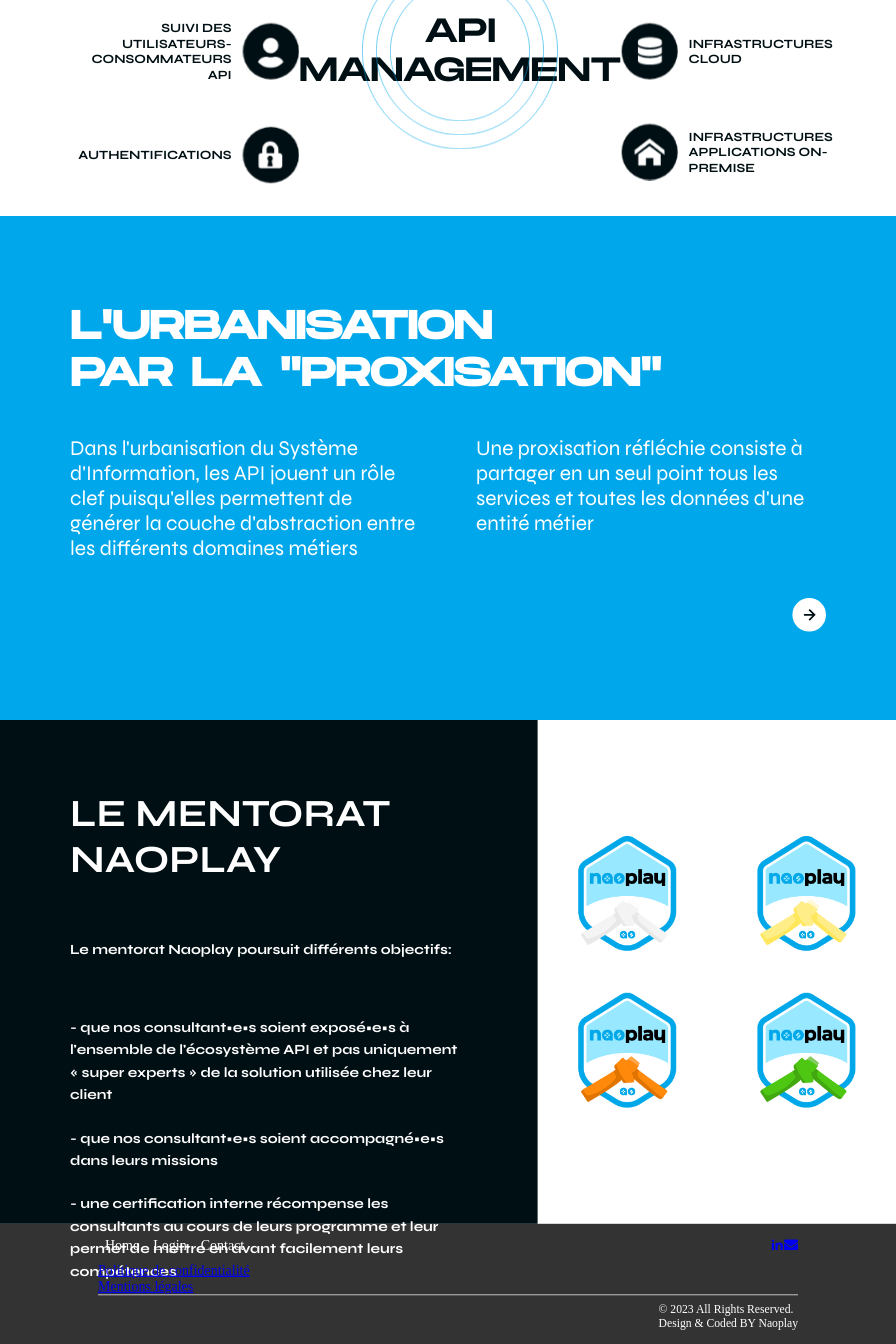
Repository: Hindsedrati/Naoplay
Page: /
The author's editor kept a copy of each file at every save. The page is drawn from the files as they stood at one save, then again after the next save.
The browser window is 1280 px wide. The pictures show the part of the page from y = 4346 to 6266 px (the page is 6266 px tall), at 70% of full size.
The project was rebuilt for these pictures with package versions that can differ from the ones it lists, and the page was loaded fresh each time. Also part of the build but not shown: src/Pages/Contact/index.jsx, src/Pages/Login/index.jsx, src/Pages/Error403/index.jsx, src/Pages/Error404/index.jsx.

Above is the page before, as saved 2023-05-09 12:14:52.

### public/index.html
<!DOCTYPE html>
<html lang="en">
  <head>
    <meta charset="utf-8" />
    <link href="https://fonts.googleapis.com/css2?family=Syne:wght@600;700&display=swap" rel="stylesheet">
    <link rel="apple-touch-icon" sizes="180x180" href="./favicons/apple-touch-icon.png">
    <link rel="icon" type="image/png" sizes="32x32" href="./favicons/favicon-32x32.png">
    <link rel="icon" type="image/png" sizes="16x16" href="./favicons/favicon-16x16.png">
    <link rel="manifest" href="./favicons/site.webmanifest">
    <link rel="mask-icon" href="./favicons/safari-pinned-tab.svg" color="#5bbad5">
    <meta name="viewport" content="width=device-width, initial-scale=1" />
    <meta name="theme-color" content="#000000" />
    <meta
      name="description"
      content="Web site created using create-react-app"
    />
    <link rel="apple-touch-icon" href="%PUBLIC_URL%/logo192.png" />
    <!--
      manifest.json provides metadata used when your web app is installed on a
      user's mobile device or desktop. See https://developers.google.com/web/fundamentals/web-app-manifest/
    -->
    <link rel="manifest" href="%PUBLIC_URL%/manifest.json" />
    <!--
      Notice the use of %PUBLIC_URL% in the tags above.
      It will be replaced with the URL of the `public` folder during the build.
      Only files inside the `public` folder can be referenced from the HTML.

      Unlike "/favicon.ico" or "favicon.ico", "%PUBLIC_URL%/favicon.ico" will
      work correctly both with client-side routing and a non-root public URL.
      Learn how to configure a non-root public URL by running `npm run build`.
    -->
    <title>NAOPLAY</title>
  </head>
  <body>
    <noscript>You need to enable JavaScript to run this app.</noscript>
    <div id="root"></div>
    <!--
      This HTML file is a template.
      If you open it directly in the browser, you will see an empty page.

      You can add webfonts, meta tags, or analytics to this file.
      The build step will place the bundled scripts into the <body> tag.

      To begin the development, run `npm start` or `yarn start`.
      To create a production bundle, use `npm run build` or `yarn build`.
    -->
  </body>
</html>

### src/style.scss
* {
    margin: 0;
    padding: 0;
    box-sizing: border-box;
}

.app-container {
    width: 100%;
    max-width: 100%;
    margin-left: auto;
    margin-right: auto;
}

.main-container {
    width: 100%;
    overflow-x: hidden;
}

@media screen and (min-width: 769px) and (max-width: 1900px) {
    .main-container {
        padding: 70px 80px 20px 80px;
    }
}
@media screen and (min-width: 1901px) {
    .main-container {
        padding: 150px 80px 20px 80px;
    }
}
@media screen and (max-width: 768px) {
    .main-container {
        padding: 1rem;
    }
}

### src/Pages/Home/Index.jsx
import './Home.scss';
import Const from '../../Components/Const/index'
import Naoplay from '../../Components/Naoplay/index'
import Partners from '../../Components/Partners/index'
import Api from '../../Components/Api/index'
import Digitalisation from '../../Components/Digitalisation/index';
import Gateway from '../../Components/Gateway/index';
import Management from '../../Components/Management/index';
import ApiManagement from '../../Components/ApiManagement/index';
import Proxisation from '../../Components/Proxisation/index';
import Mentorat from '../../Components/Mentorat/index';

function Home() {
  return (
    <main>
      <Const />
      <Naoplay />
      <Partners />
      <Api />
      <Digitalisation />
      <Gateway />
      <Management />
      <ApiManagement />
      <Proxisation />
      <Mentorat />
    </main>
  );
}

export default Home;

### src/Layouts/Footer/Index.jsx
import './footer.scss';
import { RiLinkedinFill } from "react-icons/ri";
import { FaEnvelope } from "react-icons/fa";


function Footer() {
    return (

    <footer >

    <div class="footer-content">
        <div class="footer-section links">
            <a href="/">Home</a>
            <a href="/">Login</a>
            <a href="/">Contact</a>
        </div>

    <div className="footer__icons">

        <a className="footer__icons" href="https://www.linkedin.com/company/naoplay/" target="_blank" rel="noreferrer">
        <RiLinkedinFill />
        </a>
        <a className="footer__icons" href="mailto:contact@naoplay.fr/" target="_blank" rel="noreferrer">
        <FaEnvelope />
        </a>
    </div>
    </div>
    <div>
        <div className='footer-mentions'>
            <a href='/'>Politique de confidentialité</a>
            <a href='/'>Mentions légales</a>
        </div>

    <div class="footer-bottom">
    <small>&copy; 2023 All Rights Reserved. </small>
    <small>Design & Coded BY Naoplay </small>

    </div>
    </div>
    </footer>

    )
}

export default Footer

### src/Pages/Home/Home.scss
body{
    box-sizing: border-box;
    overflow-x: hidden;
}

### src/Components/Const/index.jsx
import React from 'react'
import './const.scss'

function Const() {
  return (
    <section id='apropos' className='home'>
      <div className="main-container">
        <h1>CONSTRUISONS VOTRE AVENIR,<br />ENSEMBLE</h1>
        <h2>Société de conseil en technologies d'intégration de services, NAOPLAY intervient sur des projets aussi variés que le choix d'une plateforme d'intégration de services ou son intégration, le développement et le support d'un portail développeurs API, la sécurisation des microservices ou encore le move to cloud.</h2>
      </div>
    </section>
  )
};

export default Const

### src/Components/Partners/index.jsx
import React from 'react';
import './partners.scss';
import Gravitee from '../../assets/gravitoo.png';
import Salt from '../../assets/salt.png';
import Wib from '../../assets/wib.png';
import GSP from '../../assets/GSP.png';
import Apiida from '../../assets/apiida.png';
import Traefiklab from '../../assets/traefiklabs.png';
import Aws from '../../assets/aws.png';
import Microsoft from '../../assets/microsoft.png';
import Kong from '../../assets/kong.png';
import Apiable from '../../assets/apiable.png';
import Postman from '../../assets/postman.png';
import Softwareag from '../../assets/softwareag.png';



function Partners() {
  return (
    <section id='partenaires' className='partners'>

      <div className='partners__content'>
        <h3>Environnements techniques et partenaires</h3>
      </div>

      <div className='partners__image'>

        <div className='partners__icons'>
          <img src={GSP} alt='GSP'></img>
          <img src={Aws} alt='aws'></img>
          <img src={Microsoft} alt='microsoft'></img>
          <img src={Postman} alt='postman'></img>
          <img src={Gravitee} alt='gravitoo'></img>
          <img src={Kong} alt='Kong'></img>
          <img src={Softwareag} alt='SWG'></img>
          <img src={Apiable} alt='APB'></img>
          <img src={Apiida} alt='apiida'></img>
          <img src={Salt} alt='salt'></img>
          <img src={Wib} alt='wib'></img>
          <img src={Traefiklab} alt='traefiklab'></img>

        </div>

      </div>

    </section>
  )
}

export default Partners

### src/Components/Digitalisation/index.jsx
import React from 'react'
import './digital.scss'

const Digitalisation = () => {
  return (
    <section id='digital' className='digital'>
      <div className='digital__content'>
        <h1 className='digital__title'>API &<br /> Digitalisation</h1>
      </div>
    </section>

  )
}

export default Digitalisation

### src/Components/Gateway/index.jsx
import React from 'react'
import './gateway.scss'

function Gateway () {
  return (
    <section  className='Gateway'>

            <article className='partone article1 Gateway__content'>
                <div className='Gateway__content__child'>
                    <p >SÉCURITÉ RÉSEAU</p>
                    <p>POLICES DE SÉCURITÉ </p>
                    <p>AUTHENTIFICATION</p>
                    <p>AUTORISATIONS</p>
                    <p>ANNUAIRES</p>

                </div>
            </article>
            <article className='article2'>

                <div className='parttwo Gateway__content__child'>
                    <p className='G1'>INFRASTRUCTURES CLOUD</p>
                    <p className='G2'>SERVICES SAAS/PAAS</p>

                    <p className='G3'>INTERNET</p>
                    <h1 className='Gateway__title'>API <br/> GATEWAY </h1>
                    <p className='G4'>UTILISATEURS INTERNES</p>
                    <p className='G5'> INFRASTRUCTURES ON-PREMISE</p>
                </div>
            </article>
        </section>
    )
}

export default Gateway

### src/Components/Management/index.jsx
import React, { useState } from 'react';
import './management.scss';
import ApiManagement from '../../Components/ApiManagement/index';
import { BiRightArrowAlt, BiLeftArrowAlt } from 'react-icons/bi';

function Management() {
  const [arrowDirection, setArrowDirection] = useState('right');

  return (
    <section id="management" className='management'>

      <h1 className='management__title'>
        API<br /> MANAGEMENT
      </h1>

      <div className='management__content'>

        <article id='p5' className='management__content__child'>
          {arrowDirection === 'right' ? (
            <button className="arrow_1" onClick={() => setArrowDirection(arrowDirection === 'right' ? 'left' : 'right')}>
              <BiRightArrowAlt />
            </button>
          ) : (
            <button className="arrow_1" onClick={() => setArrowDirection(arrowDirection === 'left' ? 'right' : 'left')}>
              <BiLeftArrowAlt />
            </button>
          )}
          <p>L'API Management est la tour de contrôle au-dessus de vos API Gateways</p>
          <p>C'est là où sont gérés les utilisateurs, les facturations et les données d'utilisation des services "APIsés".</p>
        </article>

        <article id='p6' className='management__content__child'>
          {arrowDirection === 'right' ? (
            <button className="arrow_2" onClick={() => setArrowDirection(arrowDirection === 'right' ? 'left' : 'right')}>
              <BiRightArrowAlt />
            </button>
          ) : (
            <button className="arrow_2" onClick={() => setArrowDirection(arrowDirection === 'left' ? 'right' : 'left')}>
              <BiLeftArrowAlt />
            </button>
          )}
          <p>Il offre également une sécurité accrue pour partager vos données et fonctionnalités en toute confiance avec des partenaires et des développeurs tiers.</p>
          <p>Faites passer votre entreprise à l'étape suivante avec l'API management.</p>
        </article>

      </div>


      <ApiManagement />
    </section>
  )
}




export default Management;

### src/Components/ApiManagement/index.jsx
import React from 'react'
import './api_m.scss'
import panier from '../../assets/panier.png'
import user from '../../assets/user.png'
import cadena from '../../assets/cadena.png'
import cloud from '../../assets/cloud.webp'
import bdd from '../../assets/bdd.webp'
import maison from '../../assets/maison.png'
function api__management() {
  /*const isMobile = window.matchMedia("(max-width: 768px)").matches;

  if (isMobile) {
    return null; // Si l'appareil est un mobile, on retourne null pour ne rien afficher
  }*/

  return (
    <div className='api__management'>

      <div className='api__management__left'>

        <a className='api__management__link' href='/'>
          <span>MONÉTISATION</span>
          <div className='api__management__logo'>
            <img src={panier} alt='panier' />
          </div>
        </a>

        <a className='api__management__link' href='/'>
          <span>SUIVI DES UTILISATEURS-CONSOMMATEURS API</span>
          <div className='api__management__logo'>
            <img src={user} alt='user' />
          </div>
        </a>

        <a className='api__management__link' href='/'>
          <span>AUTHENTIFICATIONS</span>
          <div className='api__management__logo'>
            <img src={cadena} alt='cadena' />
          </div>
        </a>

      </div>

      <div className='api__management__center'>
        <h2 className='api__management__title'> API <br /> MANAGEMENT</h2>
        <div className='cercle'></div>
        <div className='cercle1'></div>
        <div className='cercle2'></div>
      </div>


      <div className='api__management__right'>

        <a className=' api__management__link' href='/'>
          <div className='api__management__logo'>
            <img src={cloud} alt='PLATEFORMES CLOUD' />
          </div>
          <span>SERVICES & PLATEFORMES CLOUD</span>
        </a>

        <a className='api__management__link' href='/'>
          <div className='api__management__logo'>
            <img src={bdd} alt='cloud' />
          </div>
          <span>INFRASTRUCTURES CLOUD</span>
        </a>

        <a className='api__management__link' href='/'>
          <div className='api__management__logo'>
            <img src={maison} alt='application' />
          </div>
          <span>INFRASTRUCTURES APPLICATIONS ON-PREMISE</span>
        </a>

      </div>

    </div>

  );
}

export default api__management

### src/Components/Proxisation/index.jsx
import React from 'react'
import './proxi.scss'
import diagramme from '../../assets/diagramme.jpg'
import { BiRightArrowAlt } from 'react-icons/bi';
import { BiLeftArrowAlt } from 'react-icons/bi';

function Proxisation() {

  const openDiagramme = () => {
    let diagramme = document.getElementById('diagramme')
    diagramme.classList.remove("closed")
    diagramme.classList.add("opened")
  };

  const closeDiagramme = () => {
    let diagramme = document.getElementById('diagramme')
    diagramme.classList.remove("opened")
    diagramme.classList.add("closed")
  };

  return (
    <section id="proxi" className='proxi'>
      <h2 className='proxi__title'>L'URBANISATION<br /> PAR LA "PROXISATION"</h2>

      <div className='proxi__content'>
        <p className='proxi__txt'>Dans l'urbanisation du Système d'Information, les API jouent un rôle clef puisqu'elles permettent de générer la couche d'abstraction entre les différents domaines métiers</p>
        <p className='proxi__txt'>Une proxisation réfléchie consiste à partager en un seul point tous les services et toutes les données d'une entité métier</p>
      </div>

      <div className="proxi__button">
        <button className="arrow_button button__next" onClick={openDiagramme}><BiRightArrowAlt /></button>
      </div>

      <div id='diagramme' className="proxi__diagramme closed">
        <button className="arrow_button button__prev" onClick={closeDiagramme}><BiLeftArrowAlt /></button>
        <img src={diagramme} alt="diagramme" />
      </div>

    </section>
  )
}

export default Proxisation

### src/Components/Mentorat/index.jsx
import React from 'react'
import './mentorat.scss'
import blanc from '../../assets/blanc.webp';
import jaune from '../../assets/jaune.webp';
import orange from '../../assets/orange.webp';
import vert from '../../assets/vert.webp';

function Mentorat() {
    return (

        <section id='mentorat' className='mentorat'>

            <div className='first'>
                <h2 className='mentorat__title__mobile'>LE MENTORAT NAOPLAY</h2>

                <div className='first__content__child'>
                    <img src={blanc} alt='blanc' />
                    <img src={jaune} alt='jaune' />
                    <img src={orange} alt='orange' />
                    <img src={vert} alt='vert' />
                </div>
            </div>

            <article className='second'>
                <div className='second__content__child'>
                    <h2>LE MENTORAT NAOPLAY</h2>
                    <h3>Le mentorat Naoplay poursuit différents objectifs:</h3>
                    <p>- que nos consultant•e•s soient exposé•e•s à l'ensemble de l'écosystème API et pas uniquement « super experts » de la solution utilisée chez leur client </p>
                    <p>- que nos consultant•e•s soient accompagné•e•s dans leurs missions</p>
                    <p>- une certification interne récompense les consultants au cours de leurs programme et leur permet de mettre en avant facilement leurs compétences</p>
                </div>
            </article>

        </section>
    )
}

export default Mentorat

### src/Layouts/Footer/footer.scss
@import '../../Sass/variables.scss';


footer {
    background-color: #333;
    color: #fff;
    padding: 20px 0;
  }

  .footer-content {
    font-size: 20px;
    display: flex;
    justify-content: space-between;
    max-width: 1000px;
    margin: 0 auto;
  }

  .footer-section {
    display: flex;
  }

  .links a,
  .social a {
    color: #fff;
    text-decoration: none;
    padding: 0 10px;
  }

  .links a:hover,
  .social a:hover {
    text-decoration: underline;
  }

  .social i {
    font-size: 24px;
    margin-left: 10px;
  }

  .footer-bottom {
    display: grid;
    justify-content: flex-end;
    max-width: 1000px;
    margin: 0 auto;
    font-size: 20px;
    border-top: 1px solid #fff;
    padding-top: 10px;
  }
  .footer-mentions{
    display: grid;
    justify-content: flex-start;
    text-decoration: none;
    max-width: 1000px;
    margin: 0 auto;
    font-size: 20px;

    padding-top: 10px;
  }
  .footer__mentions-wrapper {
    display: flex;
    flex-direction: column;
    align-items: center;
  }

### src/Sass/variables.scss
@import url('https://fonts.googleapis.com/css2?family=Syne:wght@200;400;500;600;700&display=swap');
@import url('https://fonts.googleapis.com/css2?family=DM+Sans:wght@200;400;500;600;700&display=swap');

@font-face {
    font-family: 'MonumentExtended';
    src: url('fonts/MonumentExtended-Regular.otf') format('truetype');
    font-weight: normal;
    font-style: normal;
}

$Dm: 'DM Sans', sans-serif;
$syne: 'Syne', sans-serif;

//colors
$dark: #000F14;
$light: white;
$primary: #00A8EB;
$bg: #fdfdfd;

### src/Components/Const/const.scss
@import '../../Sass/variables.scss';

.home {

  color: $light;
  background-image: url('../../assets/vision_naoplay.webp');
  background-size: cover;
  background-position: center;

  h1 {
    font-weight: bold;
    font-family: 'MonumentExtended', sans-serif;
  }

  h2 {
    font-family: $syne;
  }

  &__btn {
    text-decoration: none;
    color: $dark;
    display: inline-block;
    padding: 0.75rem 1.5rem;
    background-color: $light;
    font-family: $syne;
    font-size: 1rem;
    font-weight: 700;
    transition: background-color 0.3s ease;

    &:hover {
      background-color: $dark;
      color: $light;
    }
  }
}

@media screen and (min-width: 769px) and (max-width: 1900px) {
  .home {
    margin-top: 2rem;

    h1 {
      font-size: 70px;
      font-weight: 500;
    }

    h2 {
      margin-top: 80px;
      font-size: 32px;
      font-weight: 700;
      line-height: 40px;
    }

    &__btn {
      margin-top:150px;
    }
  }
}

/* Code ajouté pour centrer en version mobile */
@media screen and (max-width: 768px) {
  .home {
    //height: calc(100vh - 80px);
    //padding: 1rem;
    margin-top: 5rem;
    display: flex;
    justify-content: center;
    align-items: center;
    flex-direction: column;

    h1 {
      font-size: 30px;
      line-height: 45px;
      font-weight: 200;
    }

    h2 {
      margin-top: 50px;
      font-size: 20px;
      font-weight: 500;
      font-family: $Dm;
      line-height: 1.6;
    }

    &__btn {
      margin-top: 30px;
    }
  }
}

@media screen and (min-width: 1901px) {
  .home {
    height: 100vh;
    h1 {
      line-height: 5rem;
      font-size: 70px;
      font-weight: 500;
    }

    h2 {
      margin-top: 80px;
      font-size: 32px;
      font-weight: 700;
      line-height: 40px;
    }

    &__btn {
      margin-top: 80px;
    }
  }

}

### src/Components/Digitalisation/digital.scss
@import '../../Sass/variables.scss';

.digital {
  background-image: url('../../assets/eye-naoplay.webp');
  background-size: cover;
  background-position: center;
  width: 100%;
  height: 50vh;
  object-fit: none;
  color: $light;
  display: flex;
  align-items: center;
  justify-content: center;

  &__content {
    width: 100%;
    max-width: 960px;
    margin: 0 auto;
    padding: 0 1rem;
    text-align: center;
  }

  &__title {
    font-family: 'MonumentExtended', sans-serif;

    margin: 0;
    font-size: 2rem;
    line-height: 1;

  }

  @media screen and (max-width: 768px) {
    .digital{
      display: none;
    }
  }
}
@media screen and (min-width: 769px) and (max-width: 1900px) {
  .digital{
    display: none;
  }
}
@media screen and (min-width: 1900px){
  .digital{
    display: none;
  }
}

Loaded but not shown: src/reportWebVitals.js (common file); src/index.js (34 lines, source omitted); src/Layouts/Header/header.scss (458 lines, source omitted); src/Components/ApiManagement/api_m.scss (329 lines, source omitted); src/Components/Api/api.scss (344 lines, source omitted); src/Components/Naoplay/naoplay.scss (359 lines, source omitted); src/Layouts/Header/Index.jsx (115 lines, source omitted); src/Pages/Error403/Error403.scss (201 lines, source omitted); src/Components/Mentorat/mentorat.scss (204 lines, source omitted); src/Components/Proxisation/proxi.scss (219 lines, source omitted); src/Pages/Error404/Error.scss (200 lines, source omitted); src/Pages/Login/login.scss (182 lines, source omitted); src/Pages/Contact/Contact.scss (206 lines, source omitted); src/Components/Management/management.scss (162 lines, source omitted); src/Components/Gateway/gateway.scss (174 lines, source omitted); src/Components/Partners/partners.scss (185 lines, source omitted); src/Components/Naoplay/index.jsx (72 lines, source omitted); src/Components/Api/index.jsx (80 lines, source omitted)

After the next save:
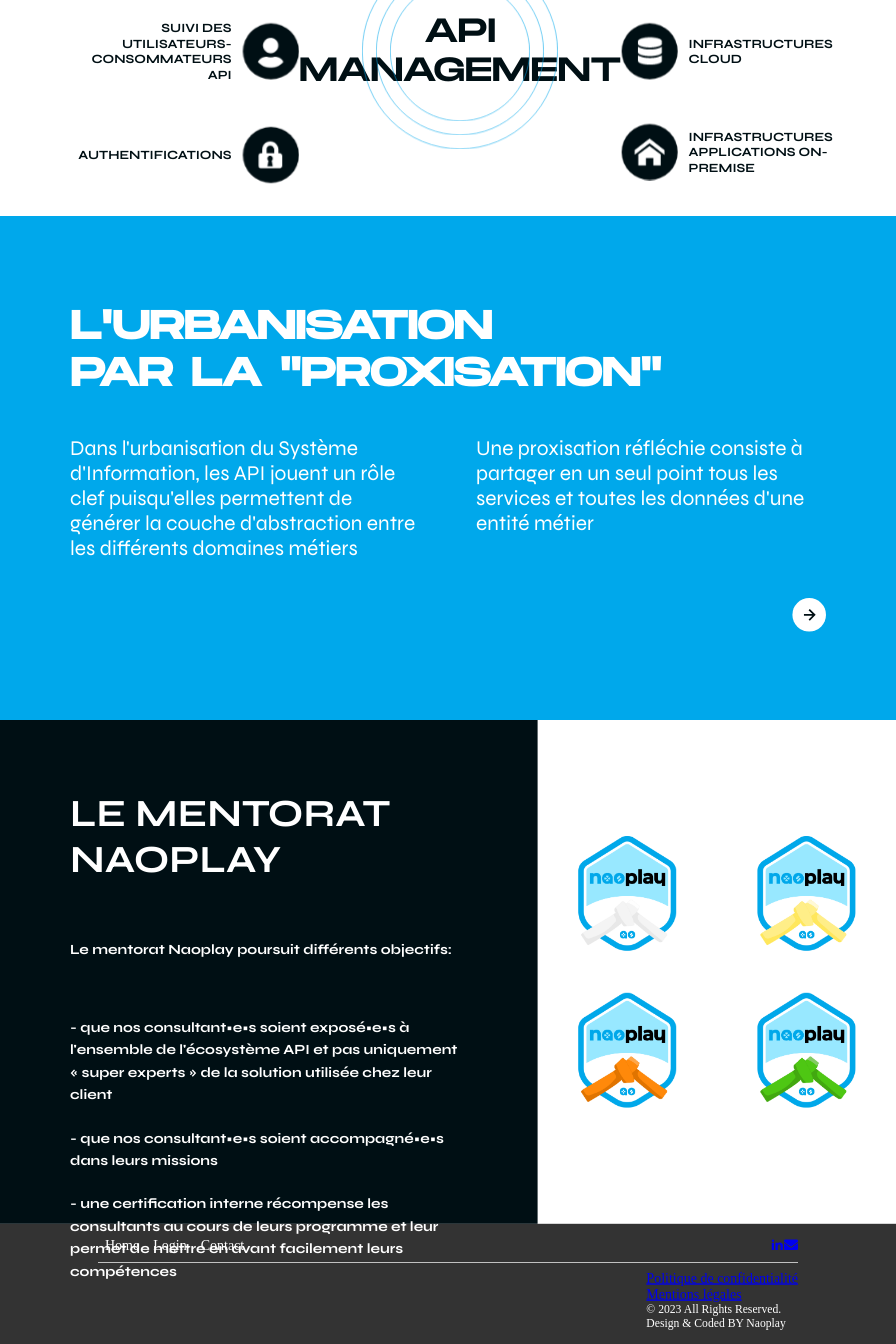
Saved 33 s later.
--- a/src/Layouts/Footer/Index.jsx
+++ b/src/Layouts/Footer/Index.jsx
@@ -27,11 +27,12 @@
     </div>
     <div>
         <div className='footer-mentions'>
-            <a href='/'>Politique de confidentialité</a>
-            <a href='/'>Mentions légales</a>
+
         </div>
 
     <div class="footer-bottom">
+    <a href='/'>Politique de confidentialité</a>
+    <a href='/'>Mentions légales</a>
     <small>&copy; 2023 All Rights Reserved. </small>
     <small>Design & Coded BY Naoplay </small>
 
